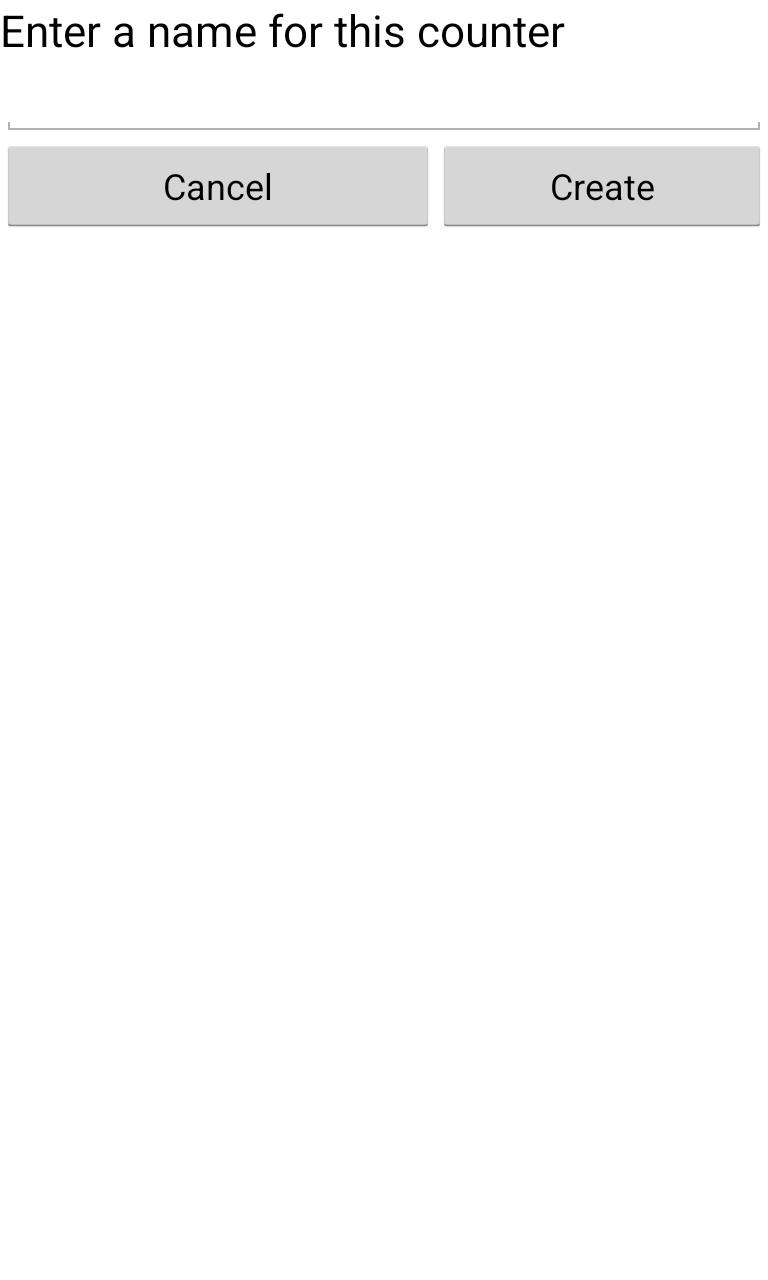
Repository: arweber1/CMPUT301_Assignment1
Layout: Assignment1/res/layout/create_counter.xml
These files come from the project's save history. The layout is drawn as it stood at one moment and after the next save; the edit follows.
It is drawn on a 768 x 1280 px phone screen (xhdpi) without system bars, with theme AppTheme; the app's code is not run.

Above is the layout before, as saved 2014-01-18 22:59:52.

### Assignment1/res/layout/create_counter.xml
<?xml version="1.0" encoding="utf-8"?>
<RelativeLayout xmlns:android="http://schemas.android.com/apk/res/android"
    android:layout_width="match_parent"
    android:layout_height="match_parent"
    android:orientation="vertical" >

    <TextView
        android:id="@+id/textView1"
        android:layout_width="wrap_content"
        android:layout_height="wrap_content"
        android:layout_gravity="center"
        android:text="@string/enter_counter_name"
        android:textAppearance="?android:attr/textAppearanceLarge" />

    <EditText
        android:id="@+id/editText1"
        android:layout_width="match_parent"
        android:layout_height="wrap_content"
        android:layout_alignParentLeft="true"
        android:layout_below="@+id/textView1"
        android:ems="10"
        android:inputType="textCapSentences" />

    <Button
        android:id="@+id/button1"
        android:layout_width="166dp"
        android:layout_height="wrap_content"
        android:layout_alignParentRight="true"
        android:layout_below="@+id/editText1"
        android:text="@string/create_new_counter" />

    <Button
        android:id="@+id/cancel_button"
        android:layout_width="wrap_content"
        android:layout_height="wrap_content"
        android:layout_alignBaseline="@+id/button1"
        android:layout_alignBottom="@+id/button1"
        android:layout_alignParentLeft="true"
        android:layout_toLeftOf="@+id/button1"
        android:text="@string/cancel_button" />

</RelativeLayout>

### Assignment1/res/values/strings.xml
<?xml version="1.0" encoding="utf-8"?>
<resources>

    <string name="app_name">arweber-notes</string>
    <string name="action_settings">Settings</string>
    <string name="hello_world">Hello world!</string>
	<string name="add_counter">+ Add new counter</string>
	<string name="manage_counters">Manage counters</string>
	<string name="enter_counter_name">Enter a name for this counter</string>
	<string name="create_new_counter">Create</string>
	<string name="cancel_button">Cancel</string>
</resources>

Loaded but not shown: Assignment1/res/values/styles.xml (common file); Assignment1/res/values-v11/styles.xml (common file); Assignment1/res/values-v14/styles.xml (common file)

After the next save:
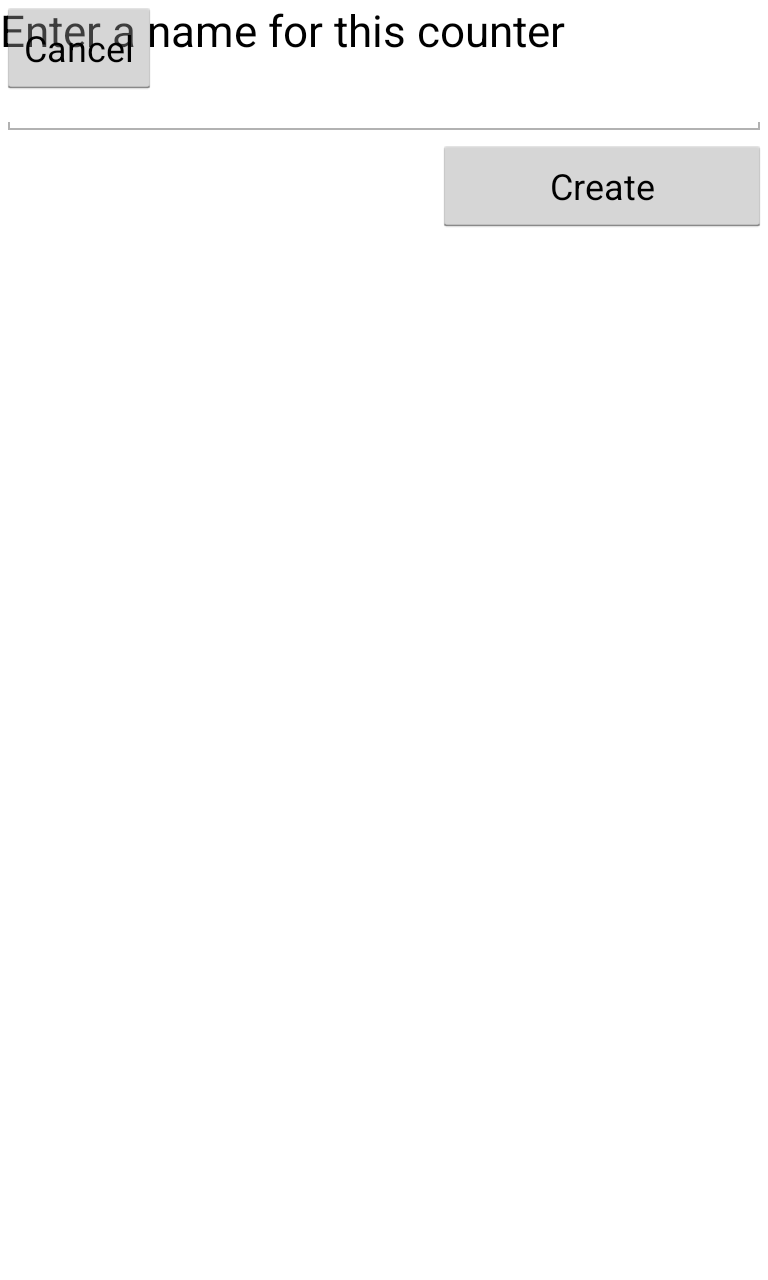
Saved 12 s later.
--- a/Assignment1/res/layout/create_counter.xml
+++ b/Assignment1/res/layout/create_counter.xml
@@ -22,7 +22,7 @@
         android:inputType="textCapSentences" />
 
     <Button
-        android:id="@+id/button1"
+        android:id="@+id/create_button"
         android:layout_width="166dp"
         android:layout_height="wrap_content"
         android:layout_alignParentRight="true"

After the save that followed:
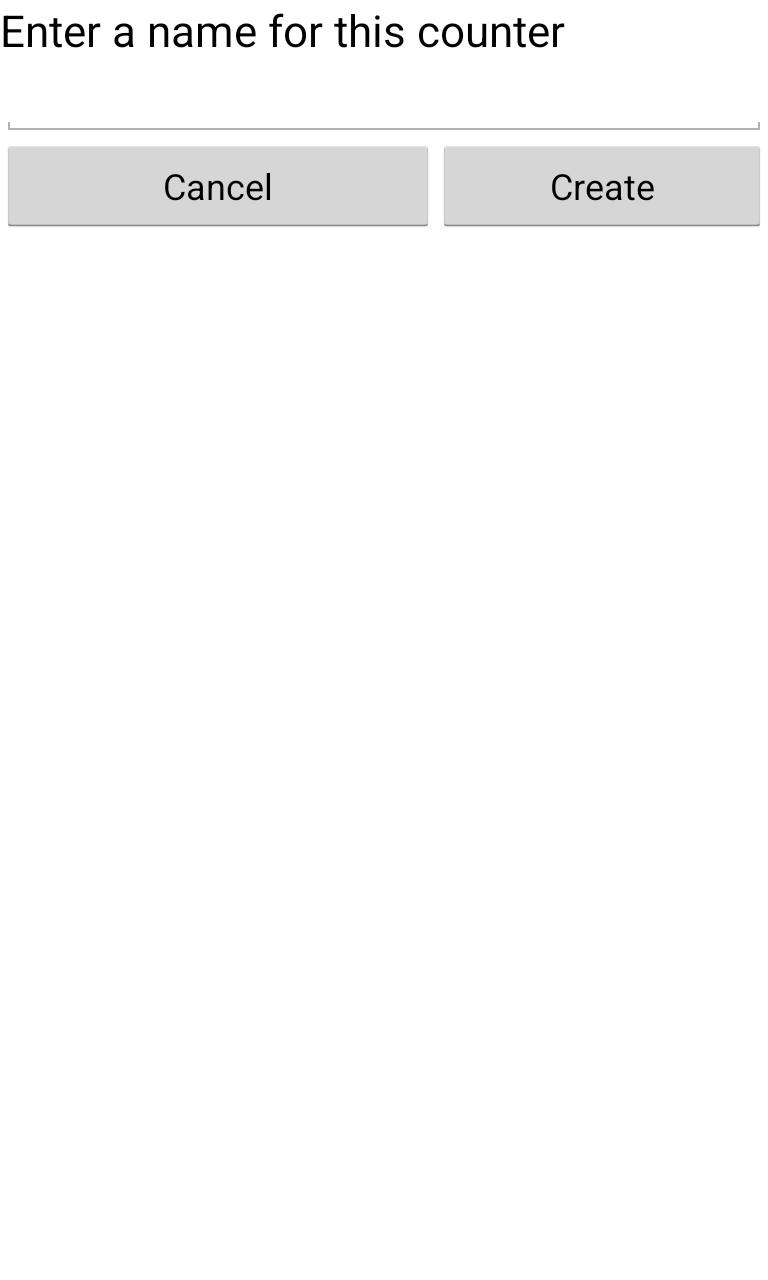
Saved 24 s later.
--- a/Assignment1/res/layout/create_counter.xml
+++ b/Assignment1/res/layout/create_counter.xml
@@ -33,10 +33,10 @@
         android:id="@+id/cancel_button"
         android:layout_width="wrap_content"
         android:layout_height="wrap_content"
-        android:layout_alignBaseline="@+id/button1"
-        android:layout_alignBottom="@+id/button1"
+        android:layout_alignBaseline="@+id/create_button"
+        android:layout_alignBottom="@+id/create_button"
         android:layout_alignParentLeft="true"
-        android:layout_toLeftOf="@+id/button1"
+        android:layout_toLeftOf="@+id/create_button"
         android:text="@string/cancel_button" />
 
 </RelativeLayout>
